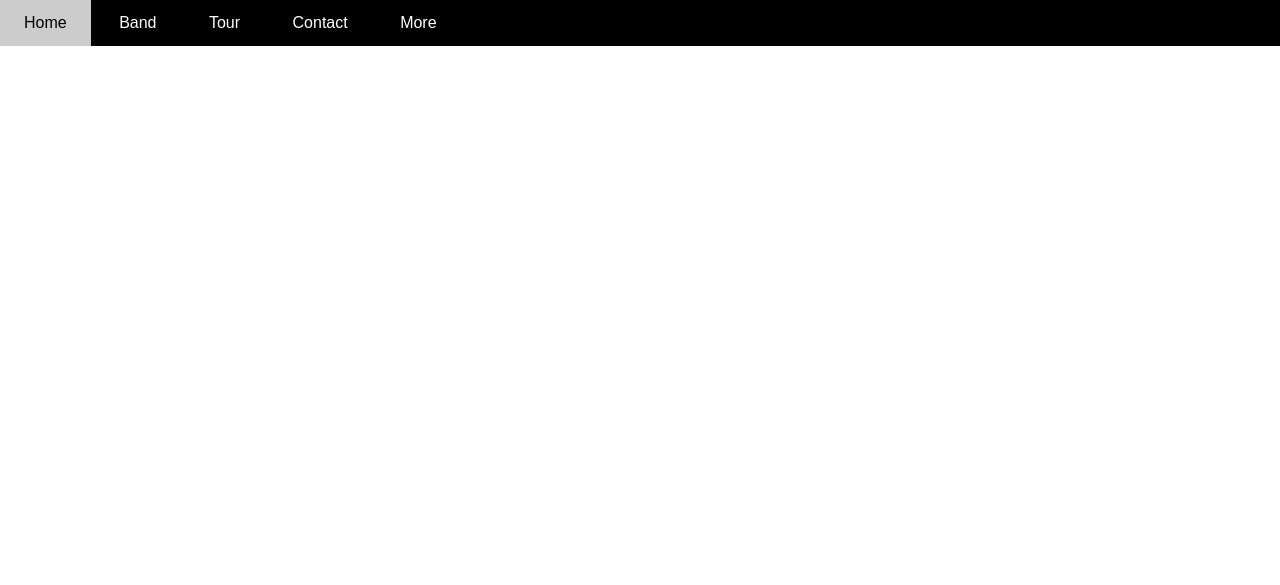
Repository: minhnguyennn/w3_band_music
Page: index.html
These files come from the project's save history. The page is drawn as it stood at one moment and after the next save; the edit follows.
The browser window is 1280 px wide. The pictures show the whole page.

Above is the page before, as saved 2023-02-17 17:34:01.

### index.html
<!DOCTYPE html>
<html lang="en">
<head>
    <meta charset="UTF-8">
    <meta http-equiv="X-UA-Compatible" content="IE=edge">
    <meta name="viewport" content="width=device-width, initial-scale=1.0">
    <title>Document</title>
    <link rel="stylesheet" href="./assets/css/style.css">
</head>
<body>
    <div id="main">
        <div id="header">
            <ul id="nav">
                <li><a href="">Home</a></li>
                <li><a href="">Band</a></li>
                <li><a href="">Tour</a></li>
                <li><a href="">Contact</a></li>
                <li>
                    <a href="">More</a>
                    <ul class="subnav">
                        <li><a href="">Merchandise</a></li>
                        <li><a href="">Extras</a></li>
                        <li><a href="">Media</a></li>
                    </ul>
                </li>
            </ul>
        </div>

        <div id="slider">

        </div>

        <div id="content">

        </div>

        <div id="footer">

        </div>

    </div>
</body>
</html>

### assets/css/style.css
/* Reset CSS */
* {
    padding: 0;
    margin: 0;
    box-sizing: border-box;
}

html {
    font-family: Arial, Helvetica, sans-serif;
}

#main {

}

#header {
    height: 46px;
    background-color: #000;
}

#nav {

}

#nav li {
    display: inline-block;
}

#nav li a {
    color: #fff;
    text-decoration: none;
    line-height: 46px;
    padding: 0 24px;
    display: inline-block;
}

#nav li:hover a {
    color: #000;
    background-color: #ccc;
}

#nav .subnav {
    display: none;
}

#slider {
    min-height: 500px;
    background-color: ;
}

#content {

}

#footer {

}

After the next save:
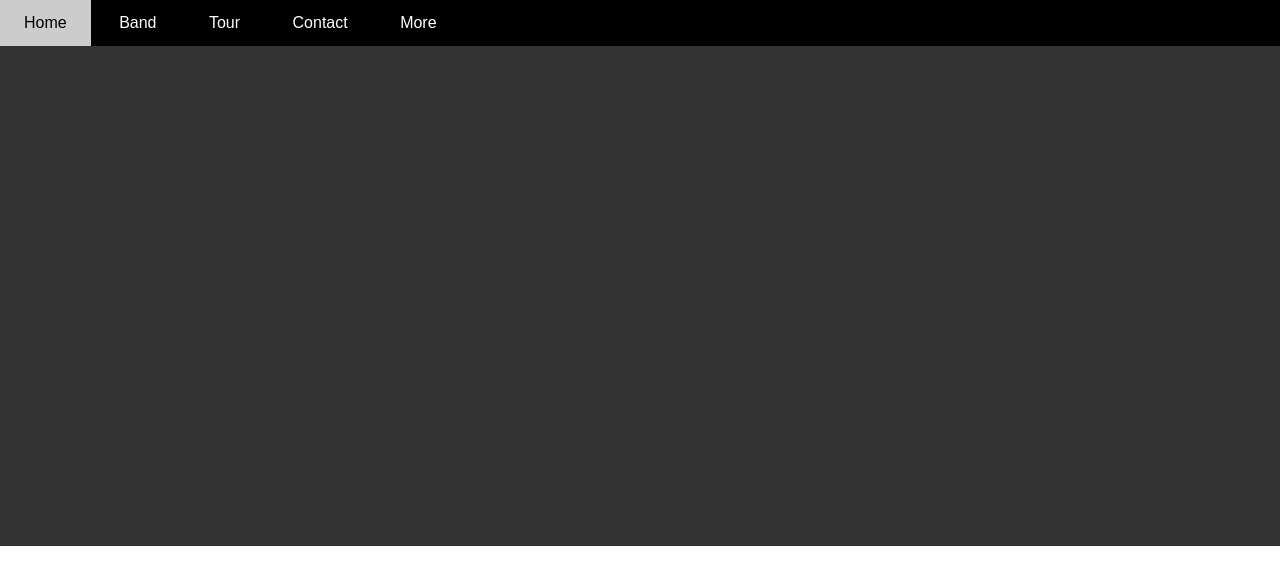
Saved 6 s later.
--- a/assets/css/style.css
+++ b/assets/css/style.css
@@ -45,7 +45,7 @@
 
 #slider {
     min-height: 500px;
-    background-color: ;
+    background-color: #333;
 }
 
 #content {
